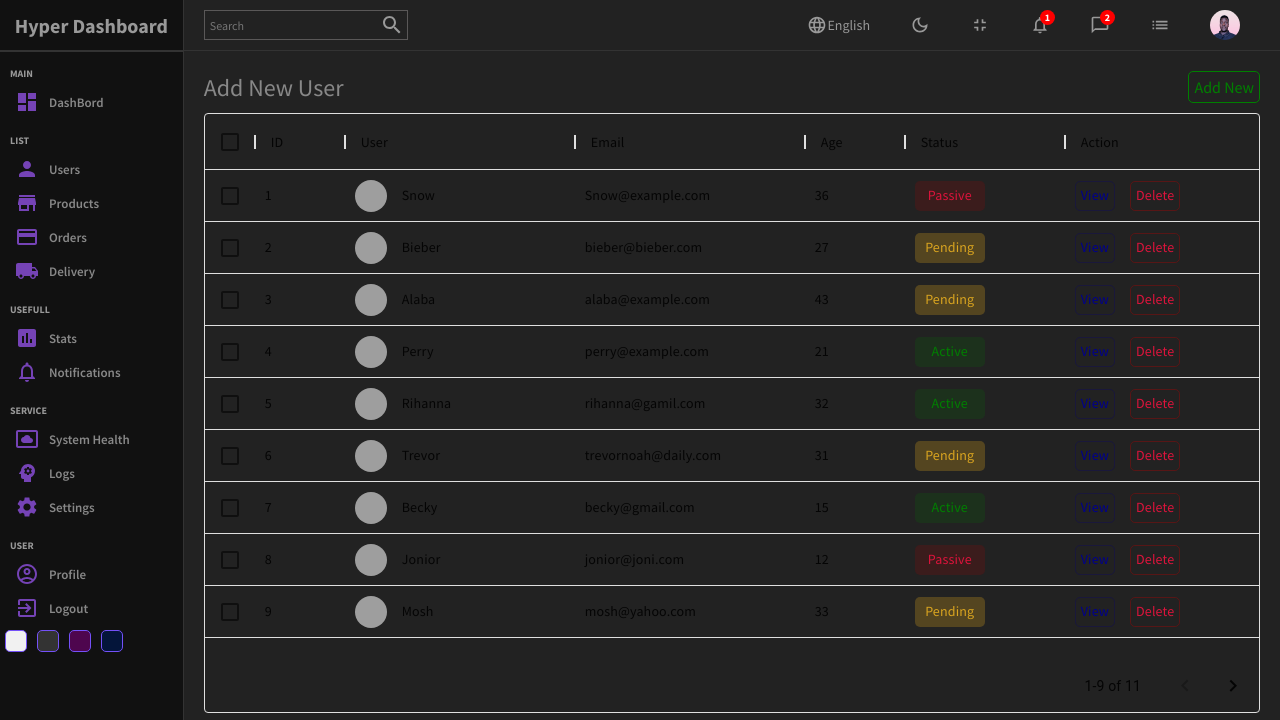
Repository: kenyi-mic/DashBoard
Page: /products
An editor plug-in stored every save of this project. The page is shown before and after the next save, followed by the edit.
The browser window is 1280 px wide. The pictures show the whole page.
Pictures or frames that could not be fetched are drawn as grey boxes. The project was rebuilt for these pictures with package versions that can differ from the ones it lists, and the page was loaded fresh each time. Also part of the build but not shown: src/pages/home/home.scss, src/pages/home/Home.jsx, src/pages/single/single.scss, src/components/chart/chart.scss, src/components/chart/Chart.jsx, src/components/table/table.scss, src/components/table/BasicTable.jsx, src/pages/single/Single.jsx and 3 more.

Above is the page before, as saved 2022-05-25 08:39:04.

### public/index.html
<!DOCTYPE html>
<html lang="en">

<head>
  <meta charset="utf-8" />
  <meta name="viewport" content="width=device-width, initial-scale=1" />
  <meta name="theme-color" content="#000000" />
  <meta name="description" content="Web site created using create-react-app" />
  <link rel="preconnect" href="https://fonts.googleapis.com">
  <link rel="preconnect" href="https://fonts.gstatic.com" crossorigin>
  <link
    href="https://fonts.googleapis.com/css2?family=Nunito:wght@200;300;400;500;600;700;800;900&family=Source+Sans+Pro:wght@200;300;400;600;700;900&display=swap"
    rel="stylesheet">
  <title>Hyper Dashboard</title>
  <style>
    * {
      margin: 0;
      font-family: 'Nunito', sans-serif;
      font-family: 'Source Sans Pro', sans-serif;
    }
  </style>
</head>

<body>
  <div id="root"></div>

</body>

</html>

### src/App.js
import { BrowserRouter, Routes, Route } from "react-router-dom";
import Home from "./pages/home/Home";
import List from "./pages/list/List";
import Single from "./pages/single/Single";
import New from "./pages/new/New";
import { Login } from "./pages/login/Login";
import { productInputs, userInputs } from "./formSource";
import "./style/dark.scss";

function App() {
  return (
    <div className="App dark">
      <BrowserRouter>
        <Routes>
          <Route path="/">
            <Route index element={<Home />} />
            <Route path="login" element={<Login />} />
            <Route path="users">
              <Route index element={<List />} />
              <Route path=":userId" element={<Single />} />
              <Route
                path="new"
                element={<New inputs={userInputs} title="Add New User" />}
              />
            </Route>
            <Route path="products">
              <Route index element={<List />} />
              <Route path=":productId" element={<Single />} />
              <Route
                path="new"
                element={<New inputs={productInputs} title="Add New Product" />}
              />
            </Route>
          </Route>
        </Routes>
      </BrowserRouter>
    </div>
  );
}

export default App;

### src/pages/list/List.jsx
import React from "react";
import Sidebar from "../../components/sidebar/Sidebar";
import Header from "../../components/Header/Header";
import "./list.scss";
import { Datatable } from "../../components/datatable/Datatable";

function List() {
  return (
    <div className="list">
      <Sidebar />
      <div className="listContainer">
        <Header />
        <Datatable />
      </div>
    </div>
  );
}

export default List;

### src/formSource.js
export const userInputs = [
  {
    id: 1,
    label: "Username",
    type: "text",
    placeholder: "Enter your username",
  },
  {
    id: 2,
    label: "Full Name",
    type: "text",
    placeholder: "Enter your fullname",
  },
  {
    id: 3,
    label: "Email",
    type: "Email",
    placeholder: "Enter your email",
  },
  {
    id: 4,
    label: "Phone",
    type: "phone",
    placeholder: "+1 012 345 678",
  },
  {
    id: 5,
    label: "Password",
    type: "password",
    placeholder: "Enter your password",
  },
  {
    id: 6,
    label: "Address",
    type: "text",
    placeholder: "Enter your address",
  },
  {
    id: 7,
    label: "Country",
    type: "text",
    placeholder: "Enter your country",
  },
];

export const productInputs = [
  {
    id: 1,
    label: "Title",
    type: "text",
    placeholder: "eg. Iphone 13 pro",
  },
  {
    id: 2,
    label: "Description",
    type: "text",
    placeholder: "Enter product description",
  },
  {
    id: 3,
    label: "Category",
    type: "number",
    placeholder: "Phones",
  },
  {
    id: 4,
    label: "Price",
    type: "text",
    placeholder: "Enter product price",
  },
  {
    id: 5,
    label: "Stock",
    type: "number",
    placeholder: 100,
  },
];

### src/style/dark.scss
.App.dark {
    background-color: #222;
    color: #ccc;

    .chartGrid {
        stroke: #8888;
    }

    .table {
        background-color: #111;

        .tableCell {
            color: #ccc;
        }
    }

    .header {
        color: #999;
        border-color: #333;

        .search {
            border-color: rgb(90, 88, 88);

            .searchInput {
                color: #ccc;
            }
        }


    }

    .sidebar {
        background-color: #111 !important;
        border-color: #333;

        .top {
            .logo {
                color: #999;
            }


        }

        hr {
            border-color: #333;
        }

        .center {
            .list-group {
                li {
                    &:hover {
                        background-color: #333;
                    }

                    .icons {
                        color: #999;
                    }
                }
            }
        }


    }

}

### src/components/Header/Header.jsx
import React from "react";
import "./header.scss";
import {
  Search,
  DarkModeOutlined,
  LanguageOutlined,
  FullscreenExitOutlined,
  ChatBubbleOutlineOutlined,
  ListOutlined,
  NotificationsNoneOutlined,
} from "@mui/icons-material";

function Header() {
  return (
    <div className="header">
      <div className="wrapper">
        <div className="search">
          <input type="text" className="searchInput" placeholder="Search" />
          <Search />
        </div>
        <div className="items">
          <div className="item">
            <LanguageOutlined className="icon" />
            English
          </div>
          <div className="item">
            <DarkModeOutlined className="icon" />
          </div>
          <div className="item">
            <FullscreenExitOutlined className="icon" />
          </div>
          <div className="item">
            <NotificationsNoneOutlined className="icon" />
            <div className="counter">1</div>
          </div>
          <div className="item">
            <ChatBubbleOutlineOutlined className="icon" />
            <div className="counter">2</div>
          </div>
          <div className="item">
            <ListOutlined className="icon" />
          </div>
          <div className="item">
            <img src="./image/mike.png" alt="" className="avatar" />
          </div>
        </div>
      </div>
    </div>
  );
}

export default Header;

### src/components/sidebar/Sidebar.jsx
import React from "react";
import "./sidebar.scss";
import {
  Dashboard,
  Person,
  Store,
  LocalShipping,
  Payment,
  InsertChart,
  NotificationsNone,
  SettingsSystemDaydream,
  Psychology,
  Settings,
  AccountCircleOutlined,
  ExitToAppOutlined,
} from "@mui/icons-material";
import { Link } from "react-router-dom";

function Sidebar() {
  return (
    <div className="sidebar">
      <div className="top">
        <Link to="/" style={{ textDecoration: "none" }}>
          <span className="logo">Hyper Dashboard</span>
        </Link>
      </div>
      <hr className="ruler" />
      <div className="center">
        <ul className="list-group">
          <p className="title">MAIN</p>
          <Link to="/" style={{ textDecoration: "none" }}>
            <li>
              <Dashboard className="icon" />
              <span>DashBord</span>
            </li>
          </Link>

          <p className="title">LIST</p>
          <Link to="/users" style={{ textDecoration: "none" }}>
            <li>
              <Person className="icon" />
              <span>Users</span>
            </li>
          </Link>
          <Link to="/products" style={{ textDecoration: "none" }}>
            <li>
              <Store className="icon" />
              <span>Products</span>
            </li>
          </Link>

          <li>
            <Payment className="icon" />
            <span>Orders</span>
          </li>
          <li>
            <LocalShipping className="icon" />
            <span>Delivery</span>
          </li>
          <p className="title">USEFULL</p>
          <li>
            <InsertChart className="icon" />
            <span>Stats</span>
          </li>
          <li>
            <NotificationsNone className="icon" />
            <span>Notifications</span>
          </li>
          <p className="title">SERVICE</p>
          <li>
            <SettingsSystemDaydream className="icon" />
            <span>System Health</span>
          </li>
          <li>
            <Psychology className="icon" />
            <span>Logs</span>
          </li>
          <li>
            <Settings className="icon" />
            <span>Settings</span>
          </li>
          <p className="title">USER</p>
          <li>
            <AccountCircleOutlined className="icon" />
            <span>Profile</span>
          </li>
          <li>
            <ExitToAppOutlined className="icon" />
            <span>Logout</span>
          </li>
        </ul>
      </div>
      <div className="bottom">
        <div className="colorOption"></div>
        <div className="colorOption"></div>
        <div className="colorOption"></div>
        <div className="colorOption"></div>
      </div>
    </div>
  );
}

export default Sidebar;

### src/pages/list/list.scss
.list{
    display: flex;
    width: 100%;
    .listContainer{
        flex:6;
    }
}

### src/components/datatable/Datatable.jsx
import { DataGrid } from "@material-ui/data-grid";
import React from "react";
import "./datatable.scss";
import { userColumns, userRows } from "../../datatableSource";
import { Link } from "react-router-dom";

export const Datatable = () => {
  const actionColumns = [
    {
      field: "action",
      headerName: "Action",
      width: "200",
      renderCell: () => {
        return (
          <div className="cellWithAction">
            <Link to="/users/view" style={{ textDecoration: "none" }}>
              <div className="viewButton">View</div>
            </Link>

            <div className="deleteButton">Delete</div>
          </div>
        );
      },
    },
  ];
  return (
    <div className="datatable">
      <div className="datatableTitle">
        Add New User
        <Link to="/users/new" className="link">
          Add New
        </Link>
      </div>
      <DataGrid
        rows={userRows}
        columns={userColumns.concat(actionColumns)}
        pageSize={9}
        rowsPerPageOptions={[9]}
        checkboxSelection
        disableSelectionOnClick
      />
    </div>
  );
};

### src/components/Header/header.scss
.header{
    height:50px;
    display: flex;
    justify-content: space-between;
    align-items:center;
    border-bottom: 0.5px solid rgb(230, 227, 227);
    font-size: 14px;
    color:#555;
    .wrapper{
        display:flex;
        justify-content: space-between;
        align-items:center;
        width: 100%;
        padding:20px;
        .search{
            display: flex;
            justify-content:center;
            align-items:center;
            border: 0.5px solid #ccc;
            padding: 2px 3px;
            .searchInput{
                border:none;
                outline: none;
                background-color: transparent;
                &::placeholder{
                    font-size:12px;
                }
            }
        }
        .items{
            display: flex;
            align-items: center;
            justify-content:center;
            .item{
                display: flex;
                align-items: center;
                justify-content: center;
                margin: 0px 20px;
                position: relative;
                cursor: pointer;

                .icon{
                    font-size:20px;
                }
                .avatar{
                    width: 30px;
                    height: 30px;
                    border-radius: 50%;
                }
                .counter{
                    width: 15px;
                    height: 15px;
                    background-color: red;
                    color:white;
                    border-radius: 50%;
                    display: flex;
                    font-size: 10px;
                    font-weight: bold;
                    align-items: center;
                    justify-content: center;
                    position:absolute;
                    top: -5px;
                    right: -5px;
                }
            }




        }
    }
}

### src/components/sidebar/sidebar.scss
.sidebar {
    flex: 1;
    border-right: 0.5px solid rgb(230, 227, 227);
    min-height: 100vh;
    background-color: white;

    .top {
        height: 50px;
        display: flex;
        align-items: center;
        justify-content: center;

        .logo {
            font-size: 20px;
            font-weight: bold;
            color: darkblue;
        }
    }

    hr {
        height: 0px;
        border: 0.5px solid rgb(230, 227, 227);
    }

    .center {
        padding-left: 10px;

        ul {
            list-style: none;
            margin: 0px;
            padding: 0px;

            .title {
                font-size: 10px;
                font-weight: bold;
                color: #999;
                margin-top: 15px;
                margin-bottom: 5px;
            }

            li {
                display: flex;
                align-items: center;
                padding: 5px;

                &:hover {
                    background-color: rgb(212, 212, 224);
                }

                .icon {
                    font: size 18px;
                    color: rgb(117, 67, 182)
                }

                span {
                    font-size: 13px;
                    font-weight: 600;
                    color: #888;
                    margin-left: 10px;
                }
            }
        }
    }

    .bottom {
        display: flex;

        .colorOption {
            width: 20px;
            height: 20px;
            border-radius: 5px;
            border: 1px solid #7451f8;
            cursor: pointer;
            margin: 5px;

            &:nth-child(1) {
                background-color: #f1f1f1;
            }

            &:nth-child(2) {
                background-color: #333;
            }

            &:nth-child(3) {
                background-color: #4e064e;
            }

            &:nth-child(4) {
                background-color: #04153a;
            }
        }
    }
}

### src/components/datatable/datatable.scss
.datatable {
    height: 600px;
    padding: 20px;

    .datatableTitle {
        width: 100%;
        font-size: 24px;
        color: #888;
        margin-bottom: 10px;
        display: flex;
        align-items: center;
        justify-content: space-between;

        .link {
            font-size: 16px;
            color: green;
            font-weight: 4000;
            border: 1px solid green;
            text-decoration: none;
            padding: 5px;
            cursor: pointer;
            border-radius: 5px;
        }

    }

    .cellWithImg {
        display: flex;
        align-items: center;
        gap: 15px;


        .cellImg {
            width: 32px;
            height: 32px;
            border-radius: 50%;
            object-fit: cover;

        }
    }

    .cellWithStatus {
        width: 50%;
        display: flex;
        align-items: center;
        justify-content: center;
        height: 30px;
        padding: 10px 6px;
        border-radius: 5px;



        &.Active {
            background-color: rgba(0, 128, 0, 0.164);
            color: green;
        }

        &.Pending {
            background-color: rgba(218, 165, 32, 0.274);
            color: goldenrod;
        }

        &.Passive {
            background-color: rgba(158, 9, 9, 0.205);
            color: crimson;
        }
    }

    .cellWithAction {
        display: flex;
        align-items: center;
        gap: 15px;

        .viewButton {
            padding: 2px 5px;
            border-radius: 5px;
            color: darkblue;
            border: 0.5px solid rgba(11, 4, 112, 0.322);
            height: 30px;
            display: flex;
            justify-content: center;
            align-items: center;
            cursor: pointer;
        }

        .deleteButton {
            padding: 2px 5px;
            border-radius: 5px;
            color: crimson;
            border: 0.2px solid rgba(158, 9, 9, 0.432);
            height: 30px;
            display: flex;
            justify-content: center;
            align-items: center;
            cursor: pointer;
        }
    }
}

### src/datatableSource.js
export const userColumns = [
  {
    field: "id",
    headerName: "ID",
    width: 90,
  },
  {
    field: "user",
    headerName: "User",
    width: 230,

    renderCell: (params) => {
      return (
        <div className="cellWithImg">
          <img className="cellImg" src={params.row.img} alt="Avator" />
          {params.row.username}
        </div>
      );
    },
  },
  {
    field: "email",
    headerName: "Email",
    width: 230,
  },
  {
    field: "age",
    headerName: "Age",
    width: 100,
  },
  {
    field: "status",
    headerName: "Status",
    width: 160,
    renderCell: (params) => {
      return (
        <div className={`cellWithStatus ${params.row.status}`}>
          {params.row.status}
        </div>
      );
    },
  },
];

//temporary data
export const userRows = [
  {
    id: 1,
    username: "Snow",
    img:
      "https://images.unsplash.com/photo-1653241625670-3a1e643464ea?crop=entropy&cs=tinysrgb&fm=jpg&ixlib=rb-1.2.1&q=80&raw_url=true&ixid=MnwxMjA3fDB8MHxwaG90by1wYWdlfHx8fGVufDB8fHx8&auto=format&fit=crop&w=387",
    email: "Snow@example.com",
    age: 36,
    status: "Passive",
  },
  {
    id: 2,
    username: "Bieber",
    img:
      "https://images.unsplash.com/photo-1653241625670-3a1e643464ea?crop=entropy&cs=tinysrgb&fm=jpg&ixlib=rb-1.2.1&q=80&raw_url=true&ixid=MnwxMjA3fDB8MHxwaG90by1wYWdlfHx8fGVufDB8fHx8&auto=format&fit=crop&w=387",
    email: "bieber@bieber.com",
    age: 27,
    status: "Pending",
  },
  {
    id: 3,
    username: "Alaba",
    img:
      "https://images.unsplash.com/photo-1653241625670-3a1e643464ea?crop=entropy&cs=tinysrgb&fm=jpg&ixlib=rb-1.2.1&q=80&raw_url=true&ixid=MnwxMjA3fDB8MHxwaG90by1wYWdlfHx8fGVufDB8fHx8&auto=format&fit=crop&w=387",
    email: "alaba@example.com",
    age: 43,
    status: "Pending",
  },
  {
    id: 4,
    username: "Perry",
    img:
      "https://images.unsplash.com/photo-1653241625670-3a1e643464ea?crop=entropy&cs=tinysrgb&fm=jpg&ixlib=rb-1.2.1&q=80&raw_url=true&ixid=MnwxMjA3fDB8MHxwaG90by1wYWdlfHx8fGVufDB8fHx8&auto=format&fit=crop&w=387",
    email: "perry@example.com",
    age: 21,
    status: "Active",
  },
  {
    id: 5,
    username: "Rihanna",
    img:
      "https://images.unsplash.com/photo-1653241625670-3a1e643464ea?crop=entropy&cs=tinysrgb&fm=jpg&ixlib=rb-1.2.1&q=80&raw_url=true&ixid=MnwxMjA3fDB8MHxwaG90by1wYWdlfHx8fGVufDB8fHx8&auto=format&fit=crop&w=387",
    email: "rihanna@gamil.com",
    age: 32,
    status: "Active",
  },
  {
    id: 6,
    username: "Trevor",
    img:
      "https://images.unsplash.com/photo-1653241625670-3a1e643464ea?crop=entropy&cs=tinysrgb&fm=jpg&ixlib=rb-1.2.1&q=80&raw_url=true&ixid=MnwxMjA3fDB8MHxwaG90by1wYWdlfHx8fGVufDB8fHx8&auto=format&fit=crop&w=387",
    email: "trevornoah@daily.com",
    age: 31,
    status: "Pending",
  },
  {
    id: 7,
    username: "Becky",
    img:
      "https://images.unsplash.com/photo-1653241625670-3a1e643464ea?crop=entropy&cs=tinysrgb&fm=jpg&ixlib=rb-1.2.1&q=80&raw_url=true&ixid=MnwxMjA3fDB8MHxwaG90by1wYWdlfHx8fGVufDB8fHx8&auto=format&fit=crop&w=387",
    email: "becky@gmail.com",
    age: 15,
    status: "Active",
  },
  {
    id: 8,
    username: "Jonior",
    img:
      "https://images.unsplash.com/photo-1653241625670-3a1e643464ea?crop=entropy&cs=tinysrgb&fm=jpg&ixlib=rb-1.2.1&q=80&raw_url=true&ixid=MnwxMjA3fDB8MHxwaG90by1wYWdlfHx8fGVufDB8fHx8&auto=format&fit=crop&w=387",
    email: "jonior@joni.com",
    age: 12,
    status: "Passive",
  },
  {
    id: 9,
    username: "Mosh",
    img:
      "https://images.unsplash.com/photo-1653241625670-3a1e643464ea?crop=entropy&cs=tinysrgb&fm=jpg&ixlib=rb-1.2.1&q=80&raw_url=true&ixid=MnwxMjA3fDB8MHxwaG90by1wYWdlfHx8fGVufDB8fHx8&auto=format&fit=crop&w=387",
    email: "mosh@yahoo.com",
    age: 33,
    status: "Pending",
  },
  {
    id: 10,
    username: "Johny",
    img:
      "https://images.unsplash.com/photo-1653241625670-3a1e643464ea?crop=entropy&cs=tinysrgb&fm=jpg&ixlib=rb-1.2.1&q=80&raw_url=true&ixid=MnwxMjA3fDB8MHxwaG90by1wYWdlfHx8fGVufDB8fHx8&auto=format&fit=crop&w=387",
    email: "johny@gmail.com",
    age: 16,
    status: "Pending",
  },
  {
    id: 11,
    username: "Natalie",
    img:
      "https://images.unsplash.com/photo-1653241625670-3a1e643464ea?crop=entropy&cs=tinysrgb&fm=jpg&ixlib=rb-1.2.1&q=80&raw_url=true&ixid=MnwxMjA3fDB8MHxwaG90by1wYWdlfHx8fGVufDB8fHx8&auto=format&fit=crop&w=387",
    email: "natalie@net.com",
    age: 22,
    status: "Passive",
  },
];

Loaded but not shown: src/index.js (common file); src/pages/login/login.scss (no stored copy; drawn as an empty file)

After the next save:
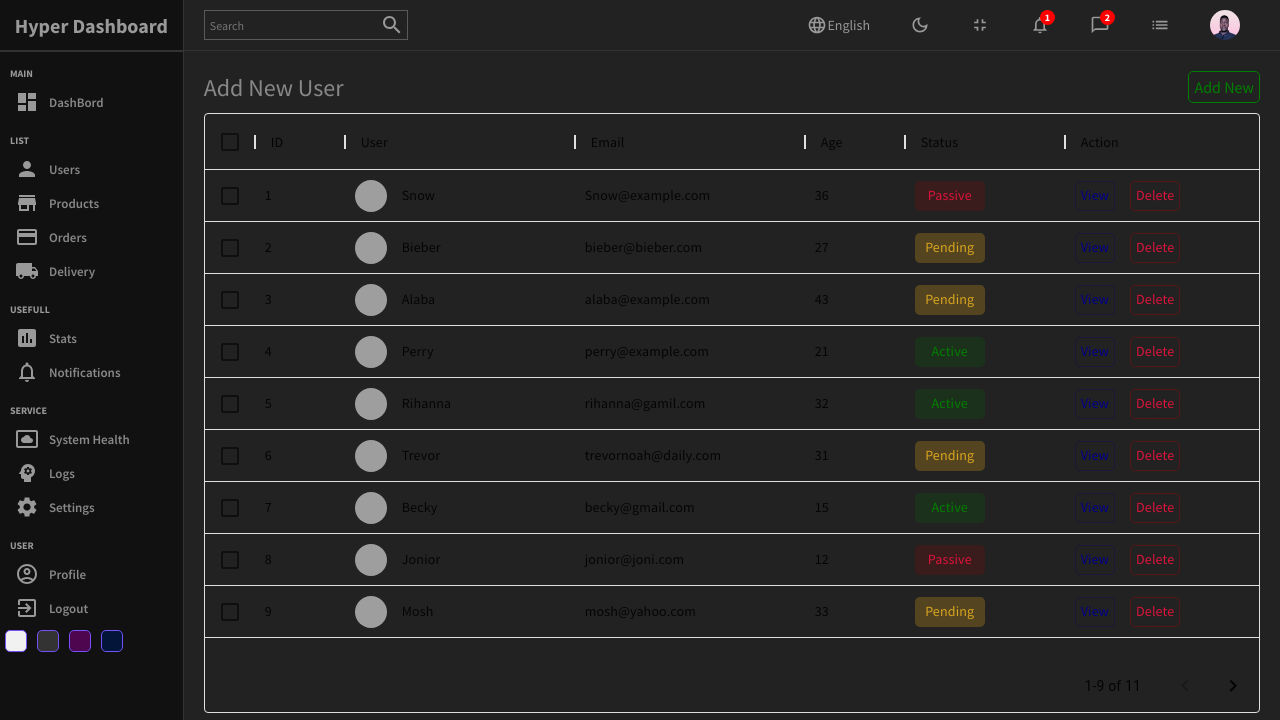
Saved 13 s later.
--- a/src/style/dark.scss
+++ b/src/style/dark.scss
@@ -52,7 +52,7 @@
                         background-color: #333;
                     }
 
-                    .icons {
+                    .icon {
                         color: #999;
                     }
                 }
